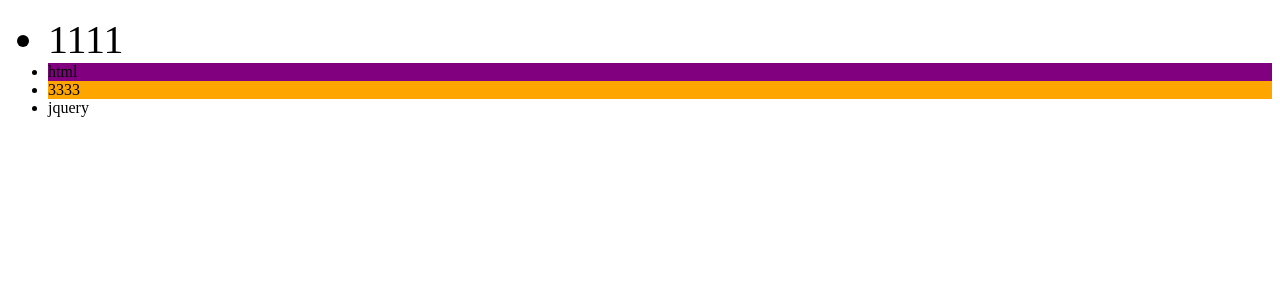
Repository: jsjchai/springmvc_study
Page: springmvc/jquery/jquery_Test/WebContent/ jqueryTest11.html
An editor plug-in stored every save of this project. The page is shown before and after the next save, followed by the edit.
The browser window is 1280 px wide. The pictures show the whole page.

Above is the page before, as saved 2015-04-05 12:42:12.

After the next save:
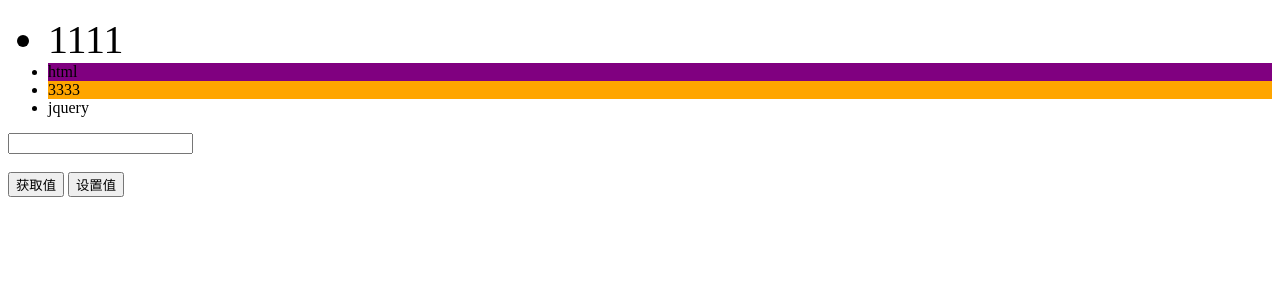
Saved 2 min 22 s later.
--- a/springmvc/jquery/jquery_Test/WebContent/ jqueryTest11.html
+++ b/springmvc/jquery/jquery_Test/WebContent/ jqueryTest11.html
@@ -43,6 +43,8 @@
 		<li class="c3">3333</li>
 		<li>4444</li>
 	</ul>
-
+	<input type="text" name="username"><br><br>
+	<input type="button" value="获取值" >
+	<input type="button" value="设置值" >
 </body>
 </html>
